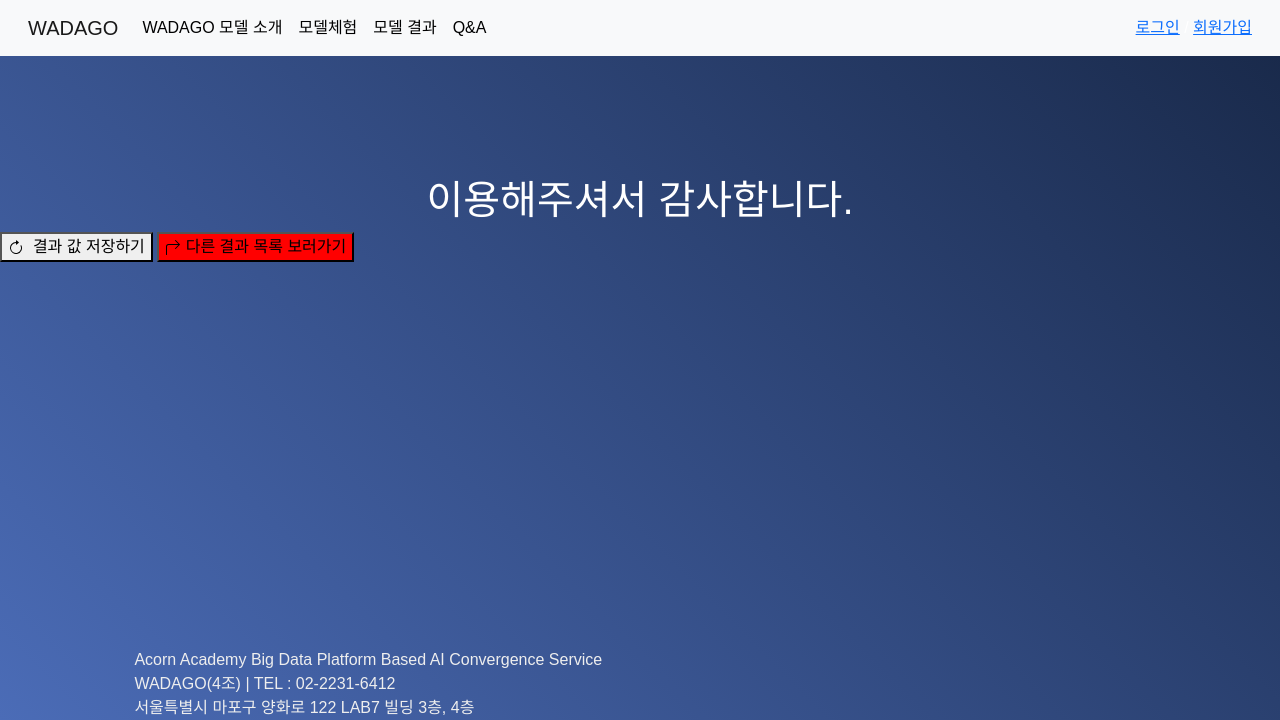
Repository: suchulchoi/Wadago_Project
Page: http://localhost/model/thanks
The author's editor kept a copy of each file at every save. The page is drawn from the files as they stood at one save, then again after the next save.
The browser window is 1280 px wide. The pictures show the whole page.
Some web fonts or font styles are not loaded; a fallback is used. The page is this project's Thymeleaf template; nobody is signed in. The template is opened directly, without the code that normally fills it, so the values that code supplies are empty.

Above is the page before, as saved 2022-07-28 07:37:16.

After the next save:
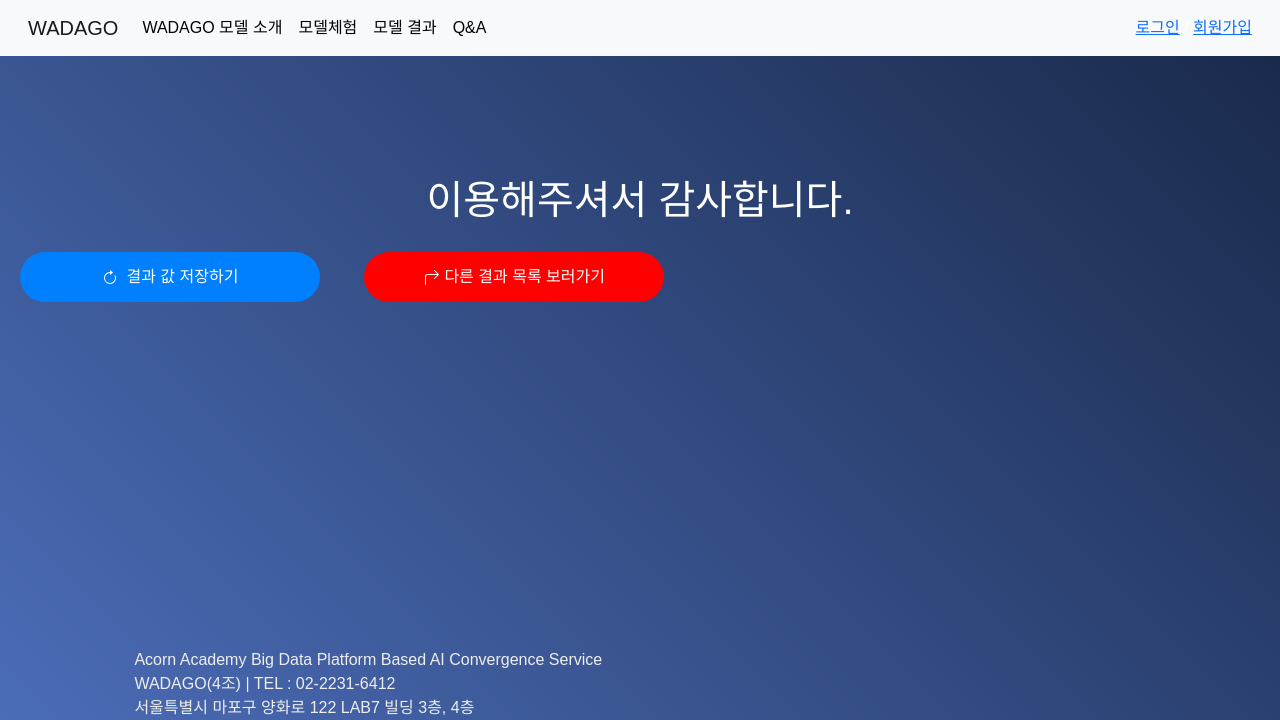
Saved 47 s later.
--- a/wadago_project/src/main/resources/templates/model/thanks.html
+++ b/wadago_project/src/main/resources/templates/model/thanks.html
@@ -4,7 +4,19 @@
         <title></title>
 
     </head>
+    <style>
+		.resultBtn{
+			width:300px;
+			height:50px;
+			border:none;
+			padding:10px;
+			color:white;
+			border-radius:50px;
+			background-color:rgb(0, 128, 255);
+			margin:20px;
+		}
 
+	</style>
     <body>
      <header th:insert="header_nav.html"></header>
 	     <div class="container">
